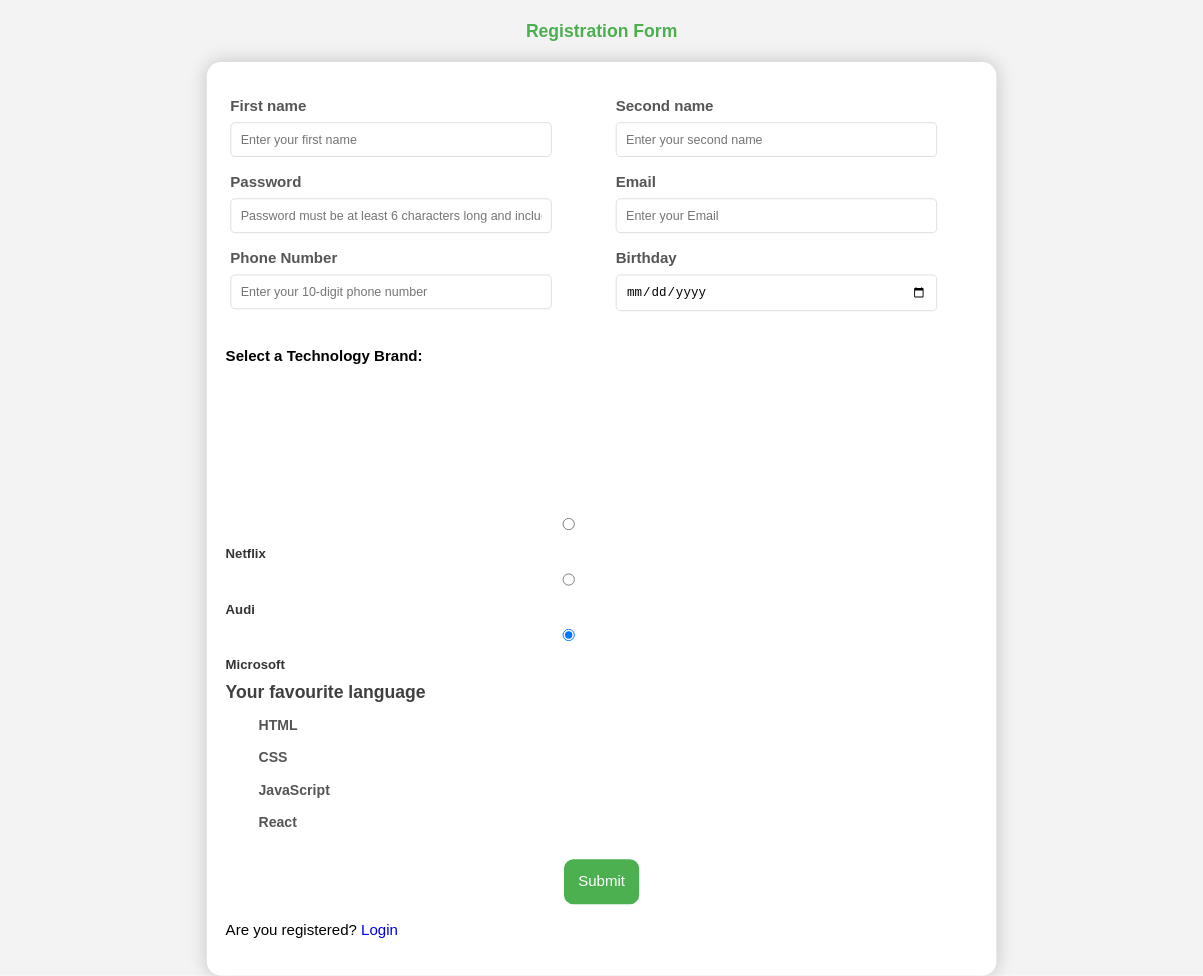
Repository: alizey12/Regestratin-Form-js
Page: regester.html
The author's editor kept a copy of each file at every save. The page is drawn from the files as they stood at one save, then again after the next save.
The browser window is 1280 px wide. The pictures show the whole page, at 94% of full size.

Above is the page before, as saved 2024-11-29 20:33:21.

After the next save:
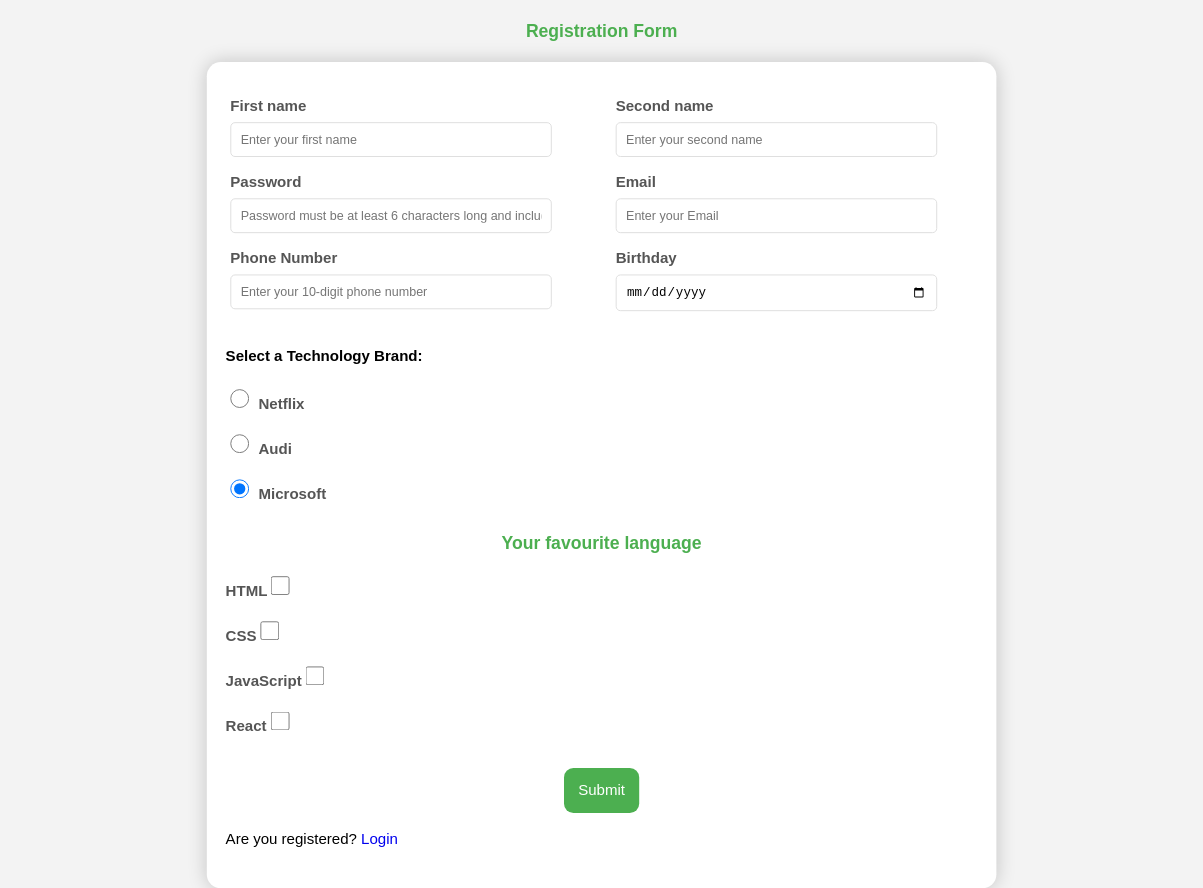
Saved 18 s later.
--- a/regester.css
+++ b/regester.css
@@ -1,4 +1,4 @@
- body {
+body {
     display: flex;
     align-items: center;
     justify-content: center;
@@ -60,9 +60,9 @@ button {
     align-items: center;
 }
 
+/* Grid container for organizing the form layout */
 .grid-container {
     display: grid;
-
     grid-template-columns: 1fr 1fr;
     gap: 20px;
 }
@@ -71,84 +71,102 @@ button {
     padding: 5px;
 }
 
+/* Styling for the checkboxes and labels */
+.container {
+    display: flex;
+    align-items: center; /* Center checkbox and label vertically */
+    margin-bottom: 10px;
+    font-size: 16px;
+    cursor: pointer;
+}
 
-.container {
-    display: block;
-    position: relative;
-    padding-left: 35px;
-    margin-bottom: 12px;
-    cursor: pointer;
-    font-size: 15px;
-    -webkit-user-select: none;
-    -moz-user-select: none;
-    -ms-user-select: none;
-    user-select: none;
-  }
-  .gen-rad{
-    margin-top: 20%;
-  }
-  .container input {
-    position: absolute;
-    opacity: 0;
-    cursor: pointer;
-    height: 0;
-    width: 0;
-  }
-  .heading{
-    color: rgb(65, 63, 63);
-    display: contents;
-  padding: 5px;
-  }
-  .checkmark {
+/* Styling for checkboxes */
+.container input[type="checkbox"] {
+    margin-right: 10px; /* Space between checkbox and label text */
+    width: 20px;
+    height: 20px;
+    accent-color: #4CAF50; /* Green check color */
+}
+
+/* Styling for the radio button container */
+.gen-rad {
+    margin-top: 20px;
+}
+
+/* Align radio buttons and labels neatly */
+.gen-rad label {
+    display: flex;
+    align-items: center;
+    margin-bottom: 10px;
+    font-size: 16px;
+}
+
+.gen-rad input[type="radio"] {
+    margin-right: 10px; /* Space between radio button and label */
+    width: 20px;
+    height: 20px;
+}
+
+/* Styling for radio buttons */
+.gen-rad p {
+    font-weight: bold;
+    color: #555;
+}
+
+.container label, .gen-rad label {
+    font-size: 16px;
+    color: #555;
+}
+
+/* Adding spacing between elements */
+p {
+    margin-bottom: 20px;
+}
+
+/* Hover and checked states for checkboxes */
+.container:hover {
+    background-color: #f0f0f0;
+    padding: 5px;
+    border-radius: 5px;
+}
+
+.container input[type="checkbox"]:checked {
+    background-color: #4CAF50; /* Green when checked */
+}
+
+.checkmark {
     position: absolute;
     top: 0;
     left: 0;
     height: 25px;
     width: 25px;
     background-color: #eee;
-  }
+}
 
-  .container:hover input .checkmark {
+.container:hover input ~ .checkmark {
     background-color: #ccc;
-  }
+}
 
-  .container input:checked .checkmark {
+.container input:checked ~ .checkmark {
     background-color: #279e63;
-  }
+}
 
-  .checkmark:after {
+.checkmark:after {
     content: "";
     position: absolute;
     display: none;
-  }
+}
 
-  .container input:checked  .checkmark:after {
+.container input:checked ~ .checkmark:after {
     display: block;
-  }
+}
 
-
-  .container .checkmark:after {
+.container .checkmark:after {
     left: 9px;
     top: 5px;
     width: 5px;
     height: 10px;
     border: solid white;
     border-width: 0 3px 3px 0;
-    -webkit-transform: rotate(45deg);
-    -ms-transform: rotate(45deg);
     transform: rotate(45deg);
-  }
-
-
-.gen-rad p {
-    margin-bottom: 1px;
-    font-weight: bold;
-    color: #555;
 }
-
-
-.gen-rad label {
-
-    font-size: 14px;
-    color: #333;
-}
